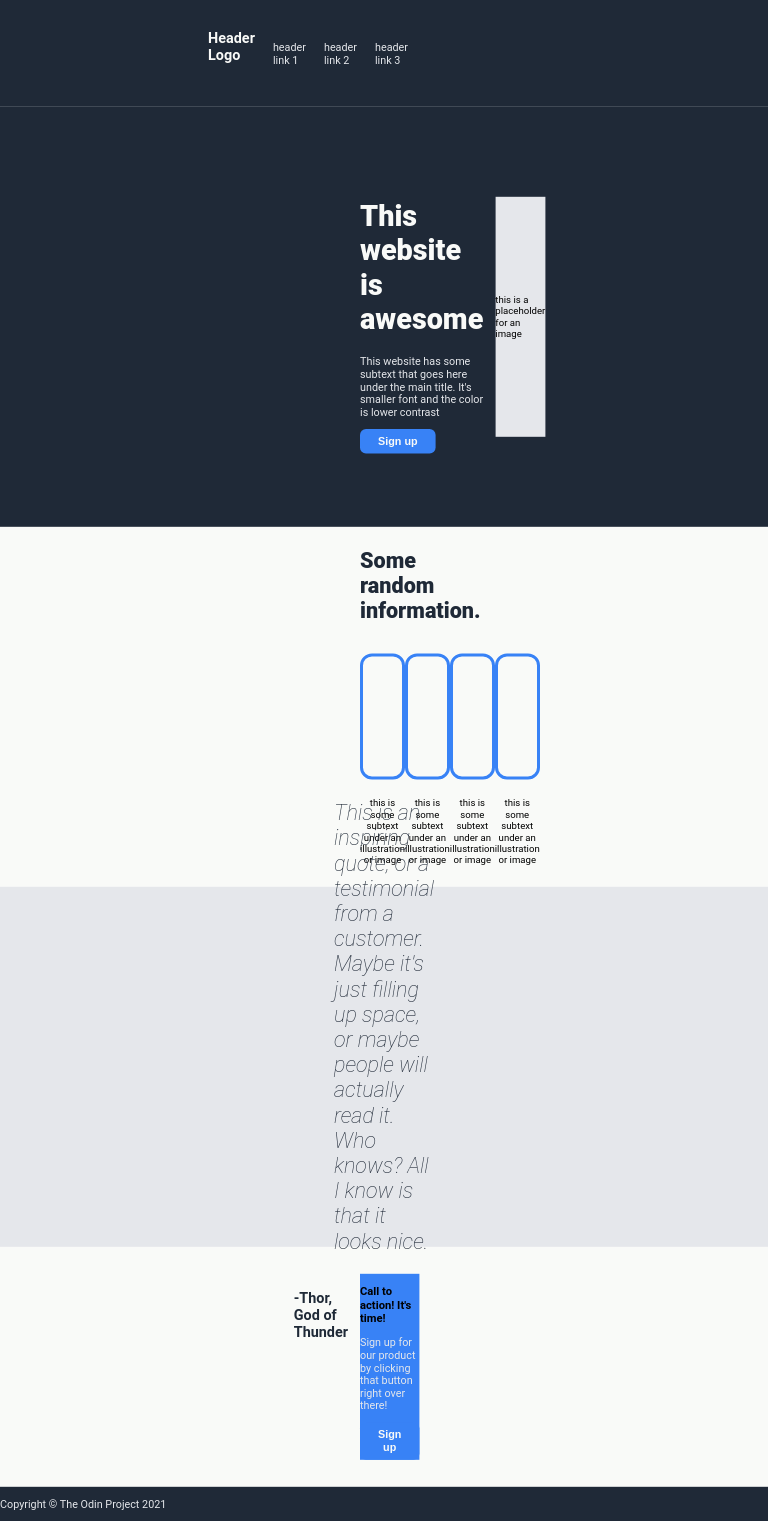
Repository: rsoetydev/landing-page
Page: index.html
The author's editor kept a copy of each file at every save. The page is drawn from the files as they stood at one save, then again after the next save.
The browser window is 1280 px wide. The pictures show the whole page, at 60% of full size.

Above is the page before, as saved 2023-11-28 10:45:36.

After the next save:
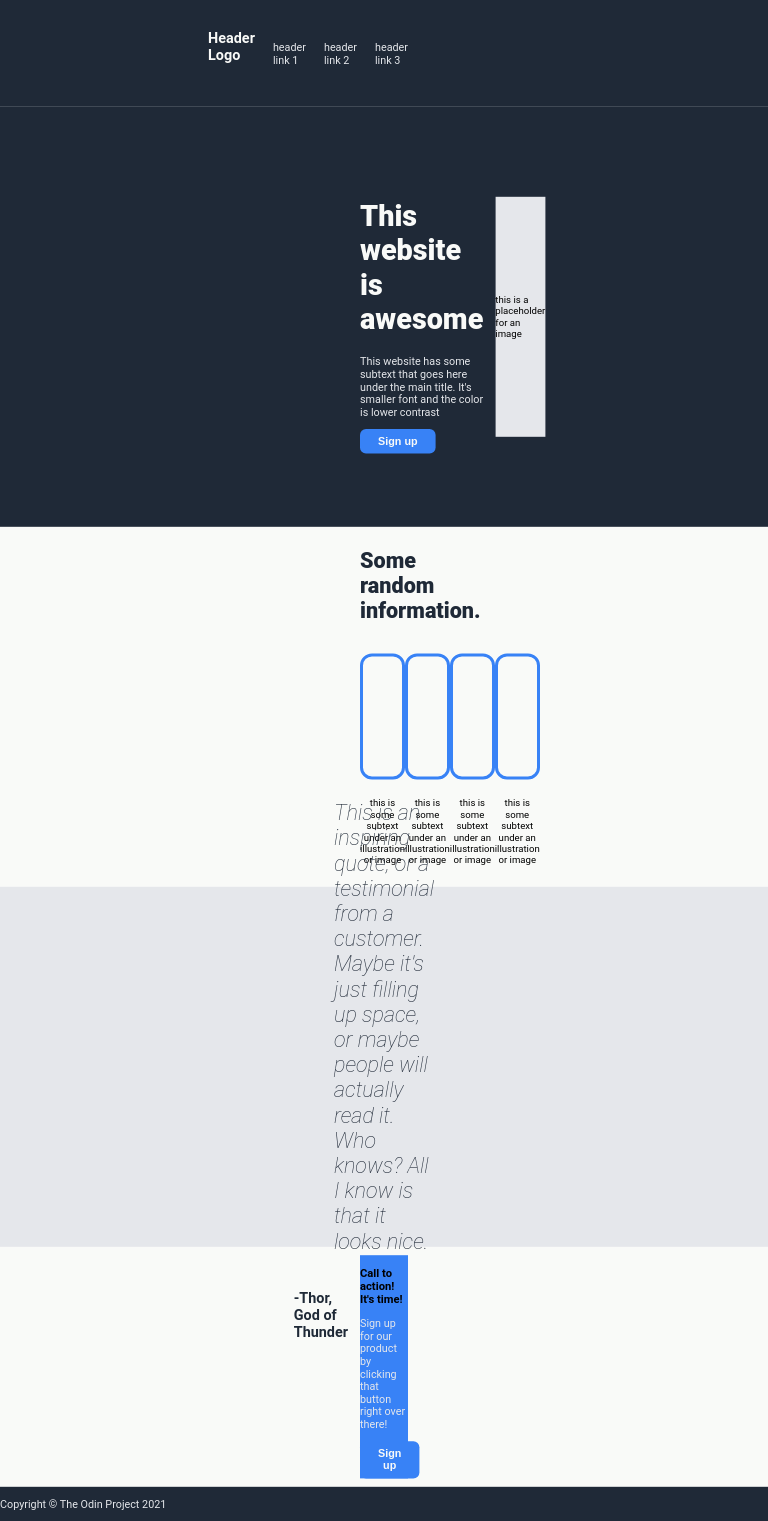
Saved 17 s later.
--- a/style.css
+++ b/style.css
@@ -149,7 +149,8 @@ button{
 
 .c2a{
     display: flex;
-    align-items: center;
+    flex-direction: column;
+    justify-content: center;
     height: 400px;
     padding: 0 600px;
 }
